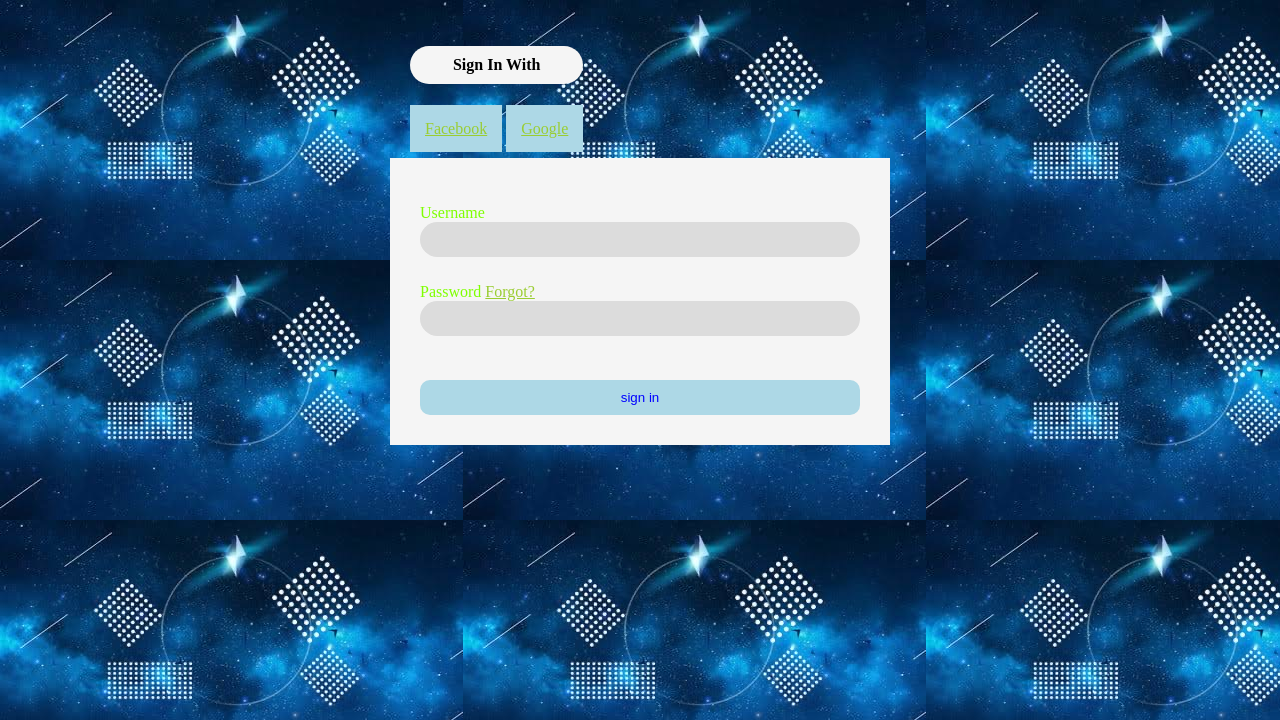
Repository: Tobby004/bdc-assignment-2
Page: index.html
The author's editor kept a copy of each file at every save. The page is drawn from the files as they stood at one save, then again after the next save.
The browser window is 1280 px wide. The pictures show the whole page.

Above is the page before, as saved 2023-02-11 08:20:19.

### index.html
<!DOCTYPE html>
<html lang="en">
<head>
    <meta charset="UTF-8">
    <meta http-equiv="X-UA-Compatible" content="IE=edge">
    <meta name="viewport" content="width=<device-width>, initial-scale=1.0">
    <title>Document</title>
    <link rel="stylesheet" href="task.css">
</head>
<body>
    <header>
    <div class="box-container">
        <div class="box1">
        <br>
            <b>
             Sign In With
            </b>
        <br>
        <br>
        <a href="#">
            Facebook</a>
            <a href="#">
                Google
            </a>
        </div>
            </div>
        </header>


        <div class="form-input">
        <p>Username
            <br>
            <input type="text" placeholder="" />
        </p>
         <p>Password
            <a href="#">Forgot?</a>
            <br>
            <input type="password" />
         </p>
         <br>
         <button>sign in</button>
        </div>


</body>
</html>

### task.css
*{
    box-sizing:border-box;
}
header{

    display: flex;
    padding: 20px;
    max-width: 500px;
    margin-left: auto;
    margin-right: auto;
    border: none;
}
body{
    background-image: url(image/IMG100.JPG)
}
header b {
    background-color:whitesmoke ;
    display: flex;
    padding: 10px;
    border-radius: 40px;
    margin-right: auto;
    margin-left: auto;
    max-width: 500px;
    justify-content: center;
}
header a {
    display: flexbox;
    padding: 15px;
    color: blue;
    background-color: lightblue;
    width: 100%;
    max-width: 100px;
}
.form-input{
    display: block;
    max-width: 500px;
    background-color: whitesmoke;
    padding: 30px;
    color: chartreuse;
    margin-left: auto;
    margin-right: auto;
}

input {
    background-color: gainsboro;
    display: flexbox;
    padding: 10px;
    width: 100%;
    border: none;
    border-radius: 30px;
    margin-bottom: 10px;
}
button {
    display: block;
    padding: 10px;
    width: 100%;
    border: none;
    color: blue;
    border-radius: 10px;
    background: lightblue;
}
div a {
    color: yellowgreen;
}
footer {
    padding-inline-start: 40px;
    color: chartreuse;
    display: block;
    max-width: 500px;
    justify-content: center
}

After the next save:
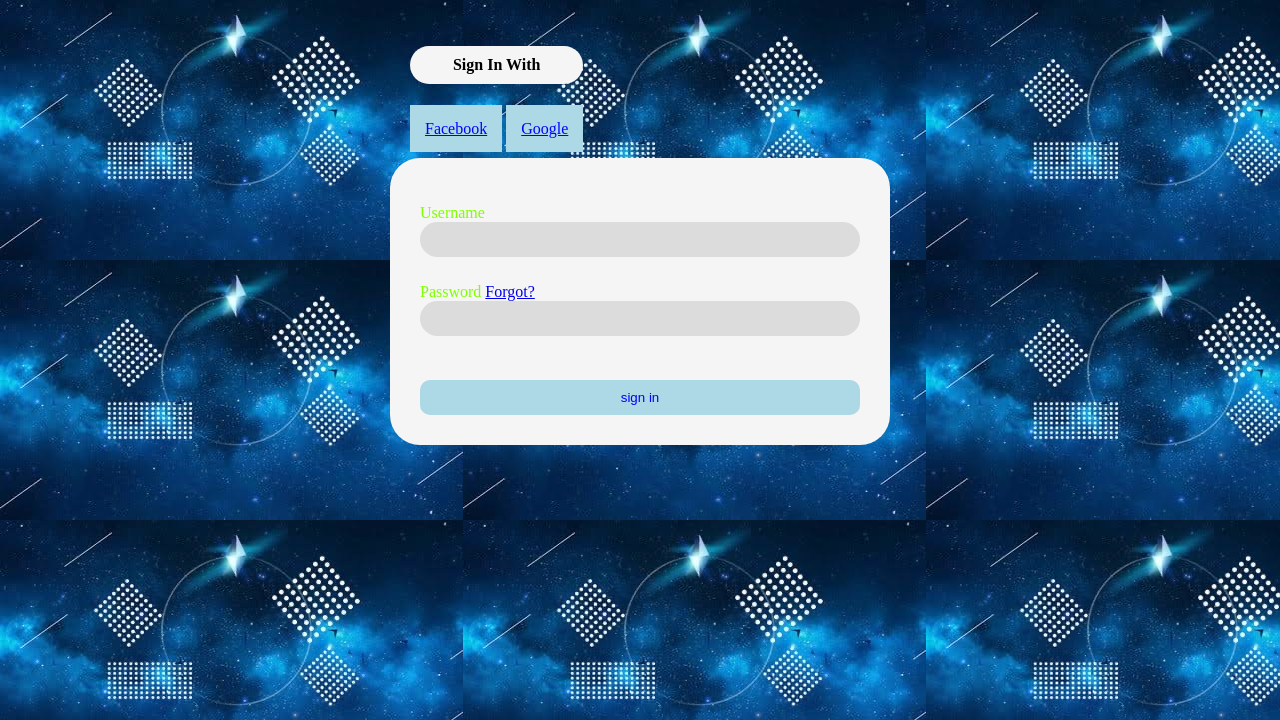
Saved 67 s later.
--- a/task.css
+++ b/task.css
@@ -39,6 +39,7 @@ header a {
     color: chartreuse;
     margin-left: auto;
     margin-right: auto;
+    border-radius: 30px;
 }
 
 input {
@@ -59,9 +60,6 @@ button {
     border-radius: 10px;
     background: lightblue;
 }
-div a {
-    color: yellowgreen;
-}
 footer {
     padding-inline-start: 40px;
     color: chartreuse;
